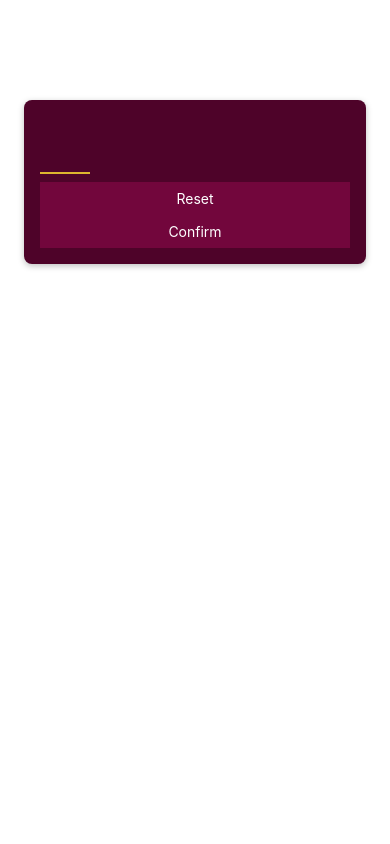
Repository: GarlicButterBoy/Number-Guessing-Game
Screen: /
An editor plug-in stored every save of this project. The screen is shown before and after a run of saves, followed by the edit.
The app was drawn by React Native's web renderer in a window 390 px wide. The project was rebuilt for these pictures with package versions that can differ from the ones it lists, and the page was loaded fresh each time.

Above is the screen before, as saved 2024-05-03 09:13:46.

After the next 3 saves:
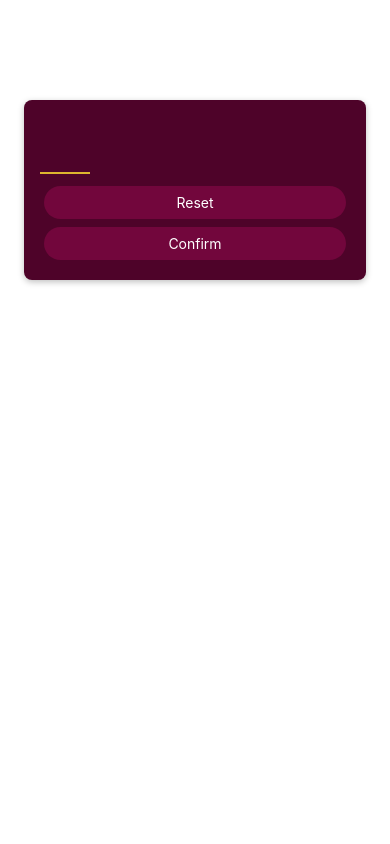
The 3 saves are shown as one change because they came seconds apart.
The last was saved 8 s later.
--- a/components/PrimaryButton.js
+++ b/components/PrimaryButton.js
@@ -5,15 +5,13 @@ function PrimaryButton({ children }) {
     console.log("Pressed!");
   }
   return (
-    <View
-      style={({ pressed }) =>
-        pressed
-          ? [styles.buttonInnerContainer, styles.pressed]
-          : styles.buttonOuterContainer
-      }
-    >
+    <View style={styles.buttonOuterContainer}>
       <Pressable
-        style={styles.buttonInnerContainer}
+        style={({ pressed }) =>
+          pressed
+            ? [styles.buttonInnerContainer, styles.pressed]
+            : styles.buttonInnerContainer
+        }
         onPress={pressHandler}
         android_ripple={{ color: "#640233" }}
       >
@@ -26,11 +24,11 @@ function PrimaryButton({ children }) {
 export default PrimaryButton;
 
 const styles = StyleSheet.create({
-    buttonOuterContainer: {
-        borderRadius: 28,
-        margin: 4,
-        overflow: "hidden"
-    },
+  buttonOuterContainer: {
+    borderRadius: 28,
+    margin: 4,
+    overflow: "hidden",
+  },
   buttonInnerContainer: {
     backgroundColor: "#72063c",
     paddingVertical: 8,
